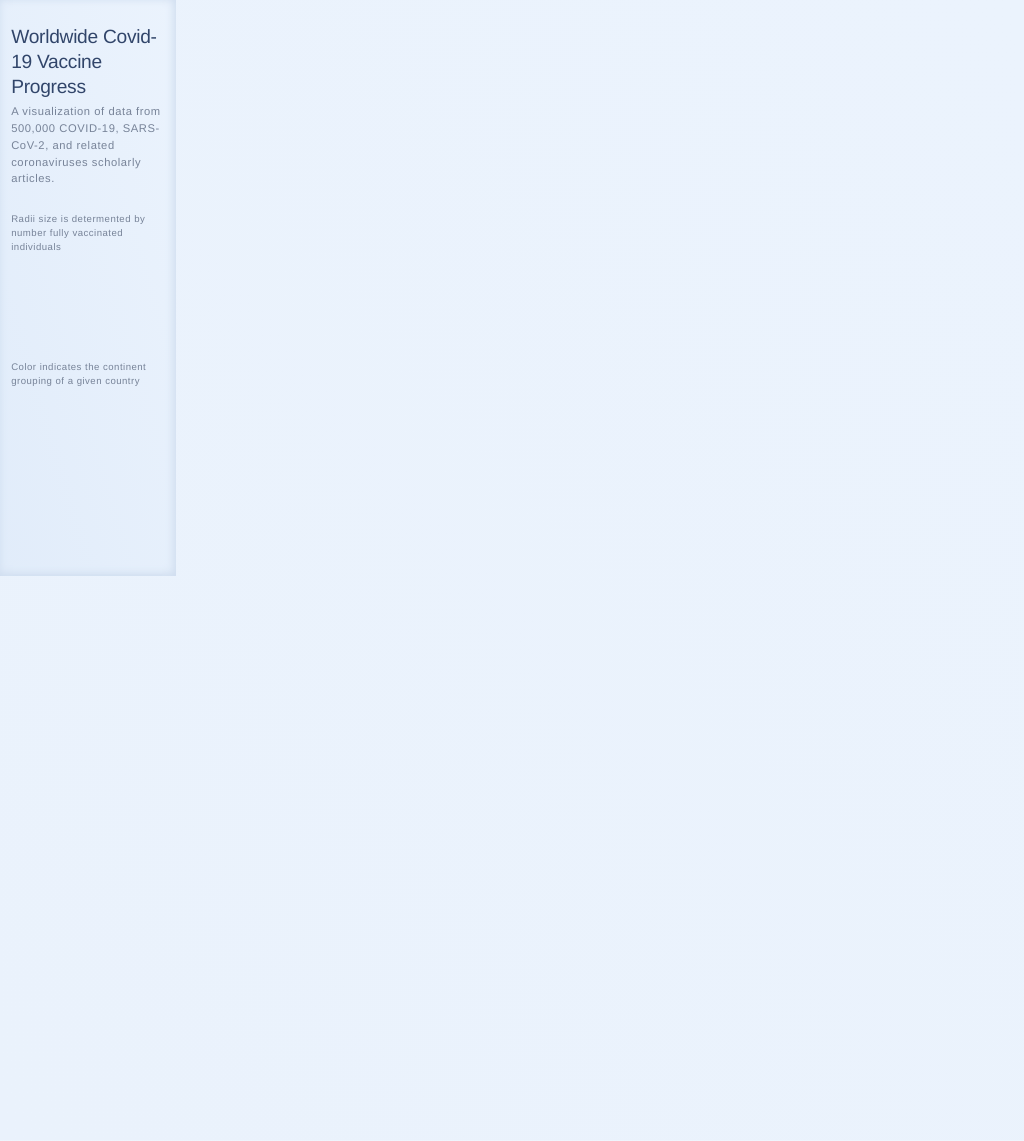
Repository: laurenharpole/May-Vaccine-Progress-Vis
Page: index.html
These files come from the project's save history. The page is drawn as it stood at one moment and after the next save; the edit follows.
The browser window is 1280 px wide. The pictures show the whole page, at 80% of full size.
The page's requests for data from a server got no answer.

Above is the page before, as saved 2021-10-07 20:56:22.

After the next save:
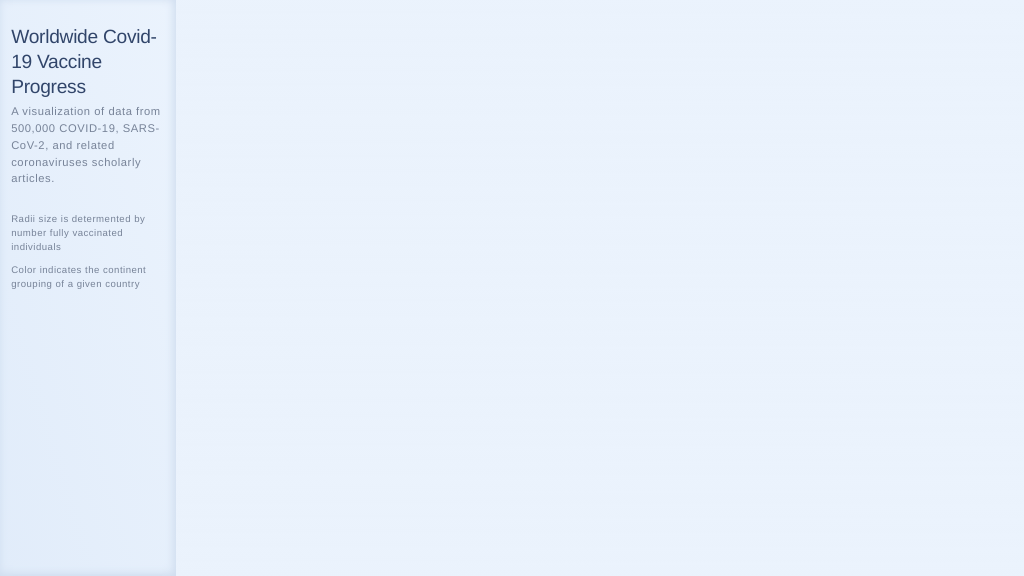
Console error: SyntaxError: missing ) after argument list
Saved 2 min 10 s later.
--- a/index.html
+++ b/index.html
@@ -246,7 +246,7 @@
   let radScale = d3.scaleLinear().domain(d3.extent(data, function(d) { return +d.people_fully_vaccinated;} )).range([3, maxRadius]);
   let gradientScale = d3.scaleOrdinal().range([ "#ffcb8e","#ff87a6", "#00b31b", "#cf0270", "#ff884a", "#67a2fa"])
   //make all the nodes for this bubble chart
-  let nodes = data.map((d) => {
+  let nodes = [...new Set(data.map((d) => {
     // scale radius to fit on the screen
   let scaledRadius  = radScale(+d.people_vaccinated),
         forcedCluster = d.continent;
@@ -265,7 +265,7 @@
     if (!clusters[forcedCluster] || (scaledRadius > clusters[forcedCluster].r) ) clusters[forcedCluster] = d;
     console.log(d);
     return d;
-  });
+  })];
 //console.log(nodes);
   let rad = {};
   rad[0] = d3.mean(nodes, function(d) { return (+d.r)} );

After the save that followed:
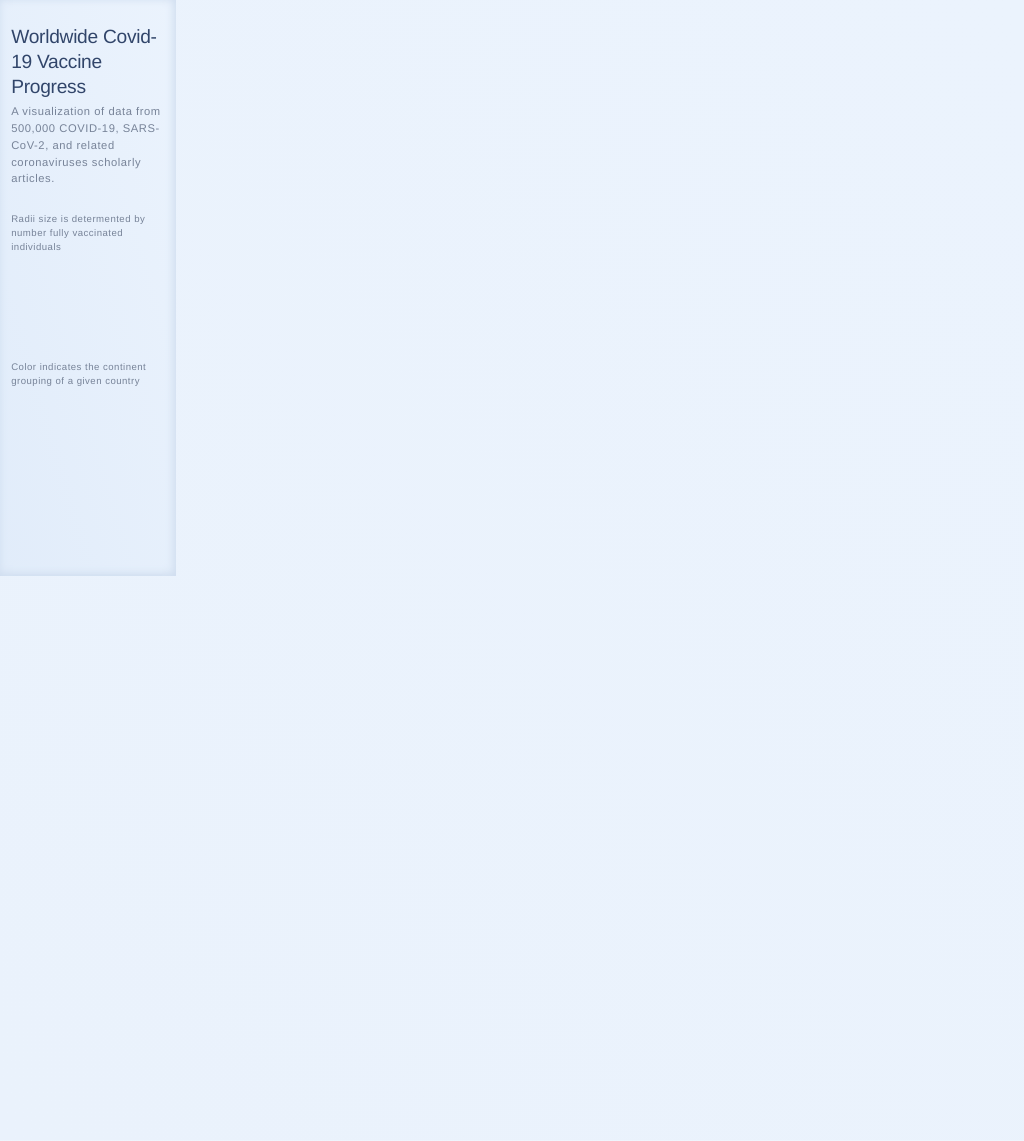
The error is gone.
Saved 6 s later.
--- a/index.html
+++ b/index.html
@@ -265,7 +265,7 @@
     if (!clusters[forcedCluster] || (scaledRadius > clusters[forcedCluster].r) ) clusters[forcedCluster] = d;
     console.log(d);
     return d;
-  })];
+  }))];
 //console.log(nodes);
   let rad = {};
   rad[0] = d3.mean(nodes, function(d) { return (+d.r)} );
